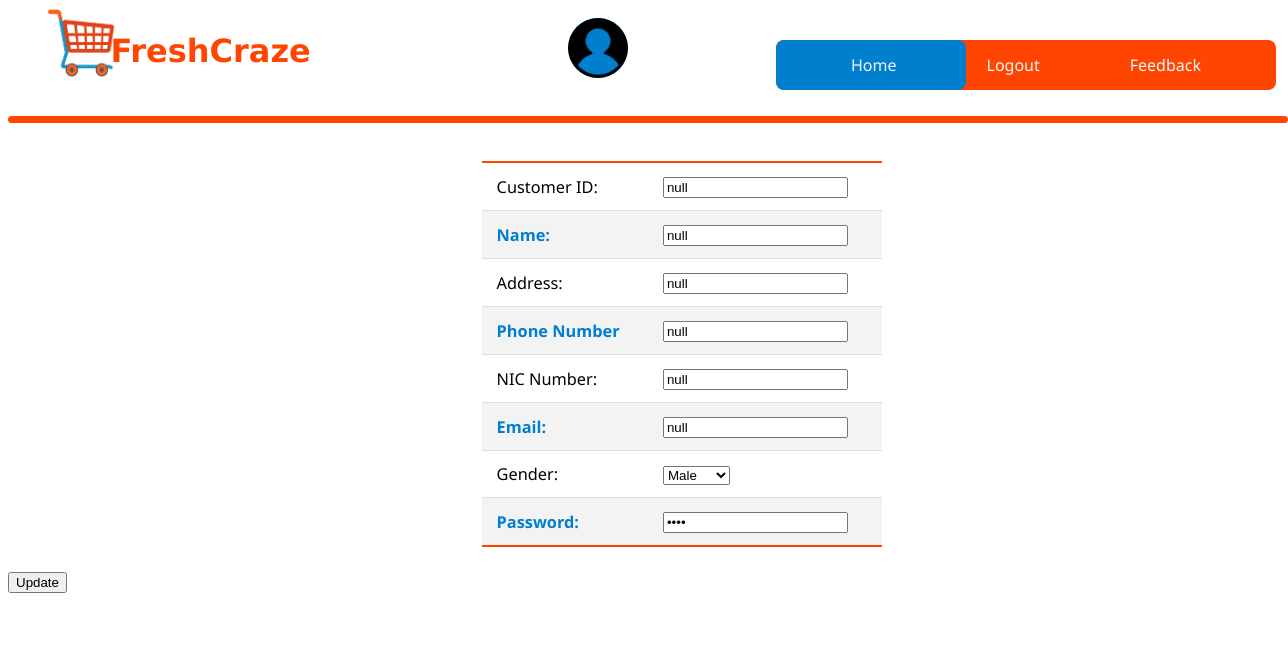
Repository: chamarac2002/FreshCraze
Page: http://localhost/CustomerDemo/updatecustomer.jsp
An editor plug-in stored every save of this project. The page is shown before and after the next save, followed by the edit.
The browser window is 1280 px wide. The page is 1288 px wide, so the pictures cover 1288 px, including what lies to the right of the window. The pictures show the whole page.
The page is served by Tomcat 9. Nobody is signed in. The application's start-up code is not run.

Above is the page before, as saved 2024-05-11 07:23:23.

After the next save:
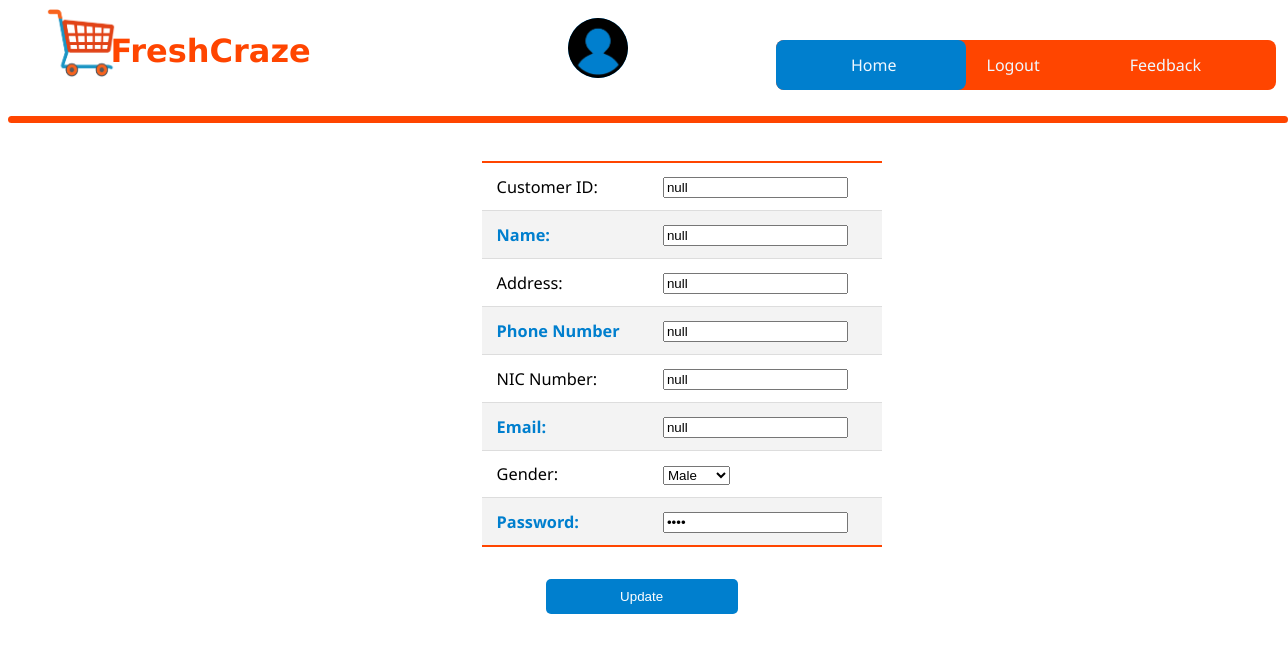
Saved 15 s later.
--- a/CustomerDemo/src/main/webapp/updatecustomer.jsp
+++ b/CustomerDemo/src/main/webapp/updatecustomer.jsp
@@ -93,7 +93,7 @@
 		</tr>
     </tbody>
 	</table>
-	<input type="submit" name="submit" value="Update">
+	<input type="submit" name="submit" class="sub" value="Update">
 </form>
 
 
